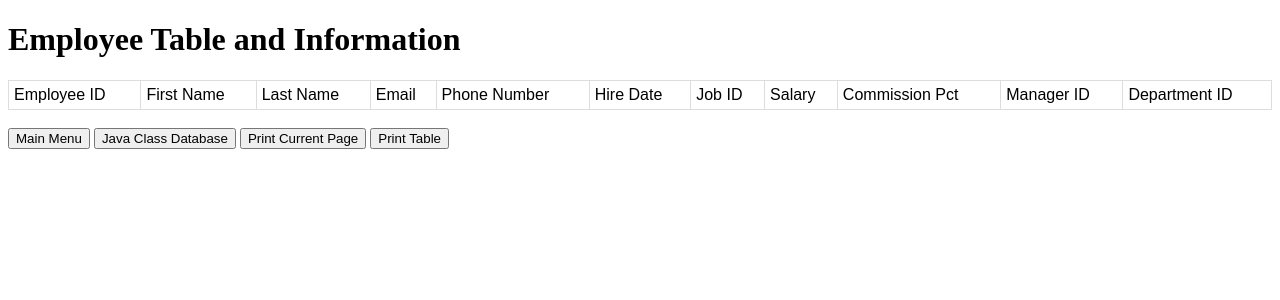
Repository: cohen-e/Demo_Project
Page: http://localhost/Demo_Project/Database.jsp
The author's editor kept a copy of each file at every save. The page is drawn from the files as they stood at one save, then again after the next save.
The browser window is 1280 px wide. The pictures show the whole page.
The page is served by Tomcat 9. The session is filled in as if someone had signed in: {"user": "testuser", "id": 1}. Queries for data that is not in the repository find no rows.

Above is the page before, as saved 2018-07-02 13:42:39.

After the next save:
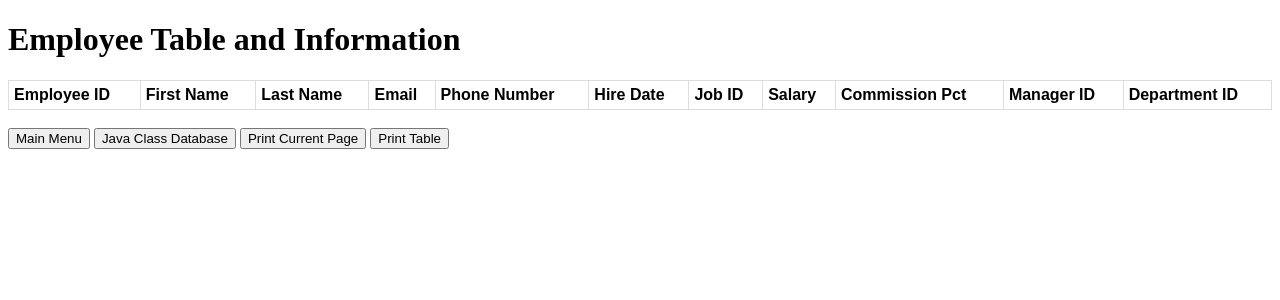
Saved 112 s later.
--- a/Demo_Project/WebContent/Database.jsp
+++ b/Demo_Project/WebContent/Database.jsp
@@ -35,17 +35,17 @@
 	<table id='myTable' border="1">
 		<thead>
 			<tr>
-				<TD>Employee ID</TD>
-				<TD>First Name</TD>
-				<TD>Last Name</TD>
-				<TD>Email</TD>
-				<TD>Phone Number</TD>
-				<TD>Hire Date</TD>
-				<TD>Job ID</TD>
-				<TD>Salary</TD>
-				<TD>Commission Pct</TD>
-				<TD>Manager ID</TD>
-				<TD>Department ID</TD>
+				<TH>Employee ID</TH>
+				<TH>First Name</TH>
+				<TH>Last Name</TH>
+				<TH>Email</TH>
+				<TH>Phone Number</TH>
+				<TH>Hire Date</TH>
+				<TH>Job ID</TH>
+				<TH>Salary</TH>
+				<TH>Commission Pct</TH>
+				<TH>Manager ID</TH>
+				<TH>Department ID</TH>
 
 			</tr>
 		</thead>
